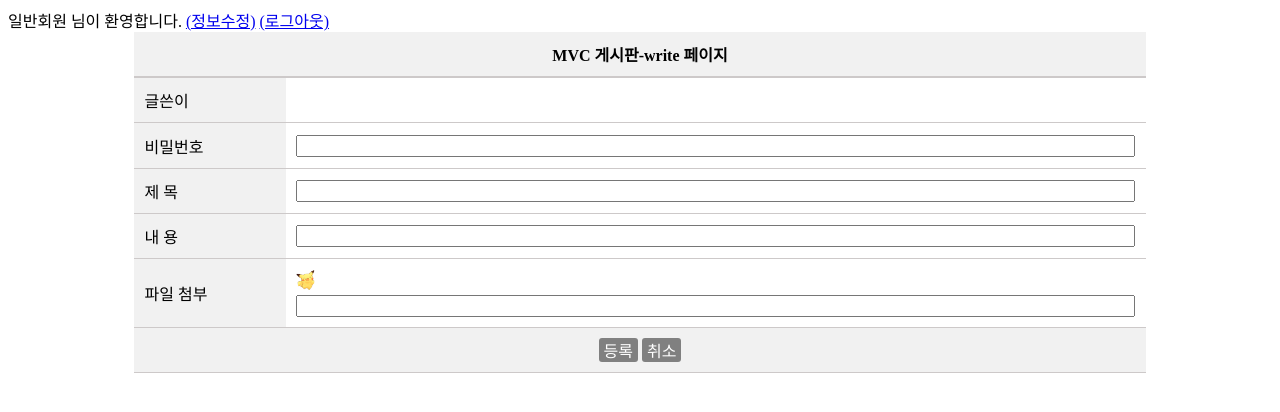
Repository: rumor1993/KH1
Page: http://localhost/Board/board/qna_board_write.jsp
These files come from the project's save history. The page is drawn as it stood at one moment and after the next save; the edit follows.
The browser window is 1280 px wide. The pictures show the whole page.
The page is served by Tomcat 9. The template is opened directly, without the code that normally fills it, so the values that code supplies are empty.

Above is the page before, as saved 2018-05-10 01:03:45.

After the next save:
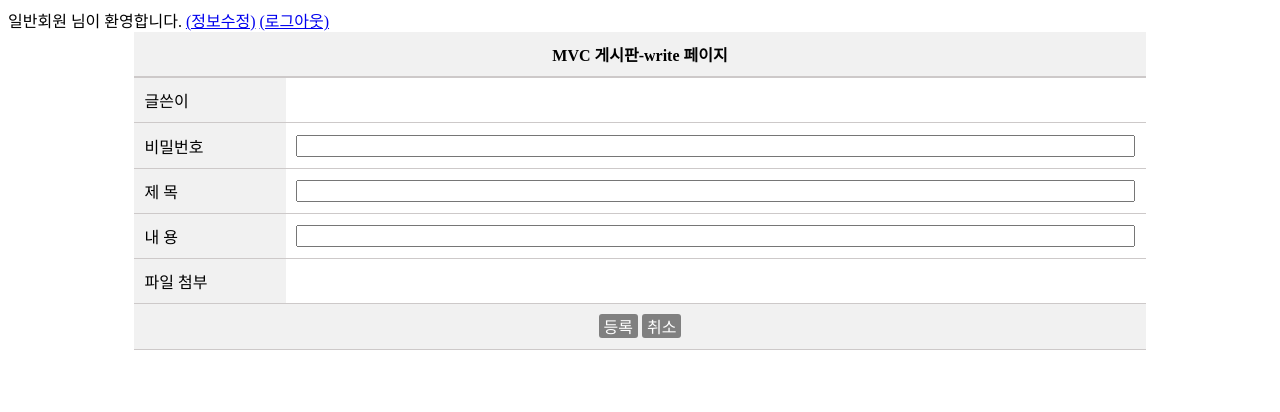
Saved 21 min 58 s later.
--- a/Board/WebContent/board/qna_board_write.jsp
+++ b/Board/WebContent/board/qna_board_write.jsp
@@ -60,8 +60,8 @@
 				</td>
 				<td>
 					<input name="BOARD_FILE" id="upfile" type="file">
-					<img src="./image/image.png" onclick="document.all.BOARD_FILE.click(); document.all.filePath.value=document.all.BOARD_FILE.value" >
-					<input type="text" name="filePath" readonly>
+		<!-- 			<img src="./image/image.png" onclick="document.all.BOARD_FILE.click(); document.all.filePath.value=document.all.BOARD_FILE.value" >
+					<input type="text" name="filePath" readonly> -->
 				</td>
 			</tr>
 
